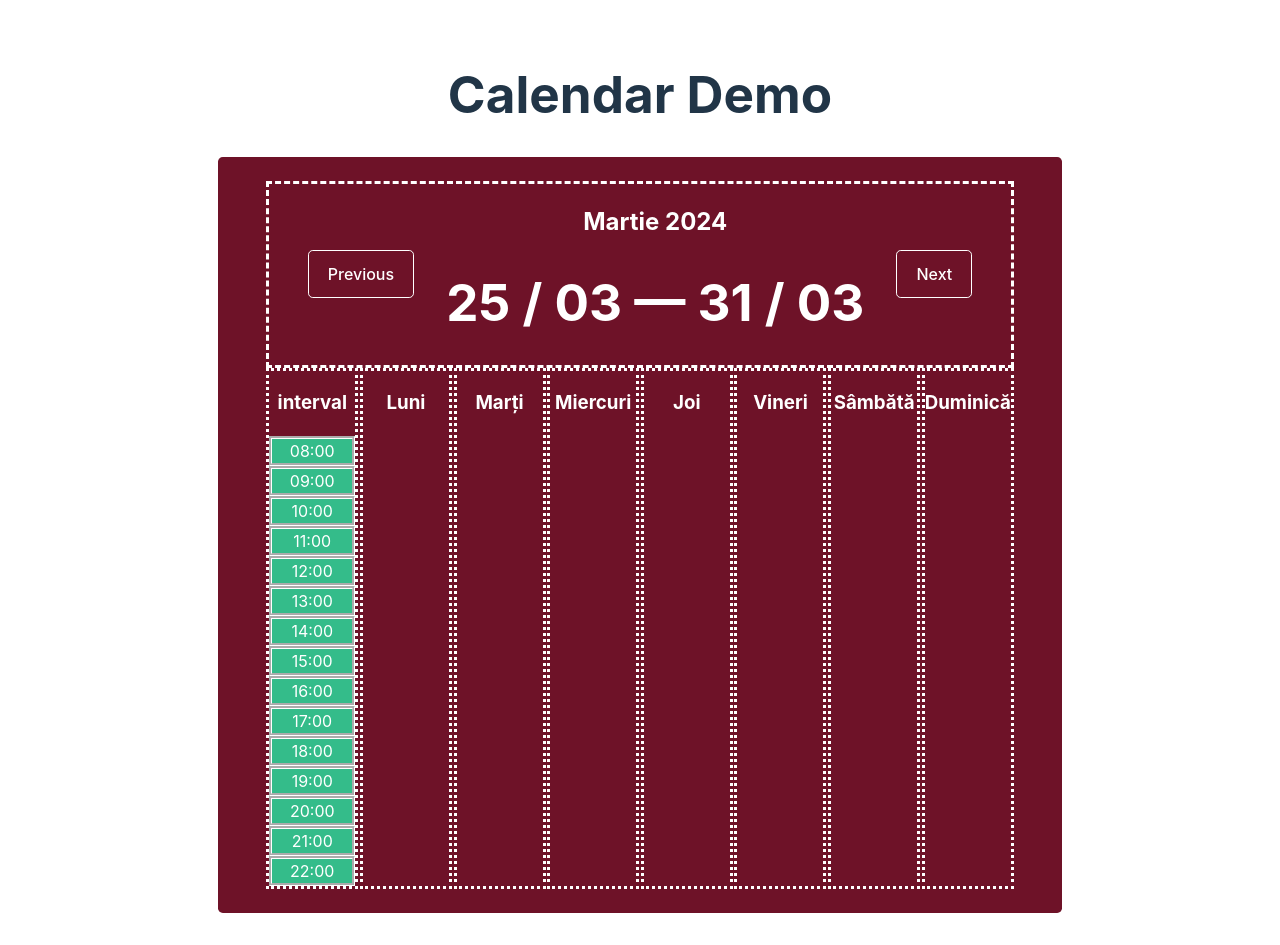
Repository: Maryie-B/weekly-calendar-scheduler
Page: /
An editor plug-in stored every save of this project. The page is shown before and after the next save, followed by the edit.
The browser window is 1280 px wide. The pictures show the whole page.
The project was rebuilt for these pictures with package versions that can differ from the ones it lists, and the page was loaded fresh each time. Also part of the build but not shown: vite.config.js.

Above is the page before, as saved 2024-03-26 15:57:34.

After the next save:
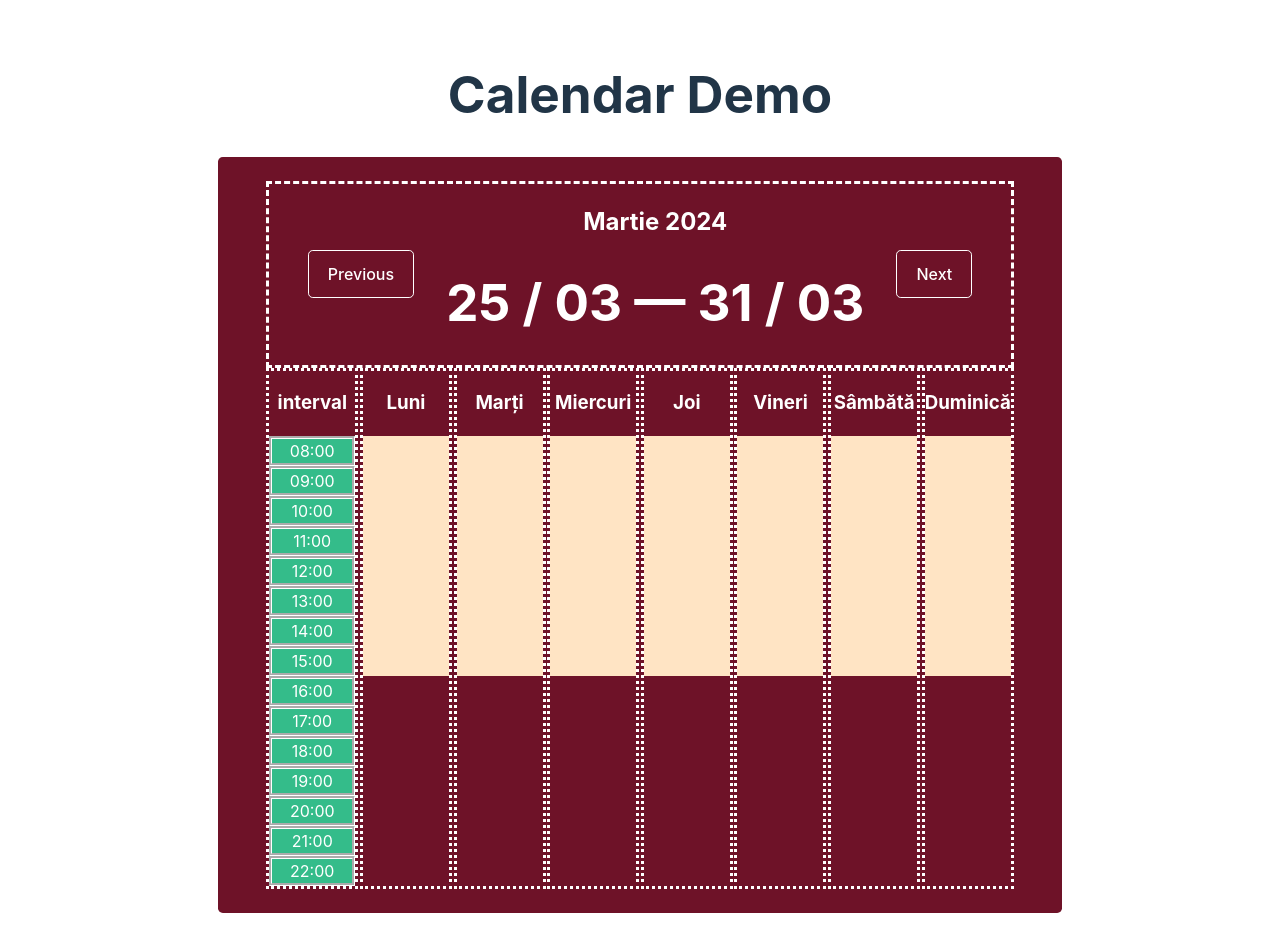
Saved 10 s later.
--- a/src/App.css
+++ b/src/App.css
@@ -59,4 +59,5 @@
 
 .hour-intervals-empty {
   min-height: 1rem;
+  background-color: bisque;
 }
